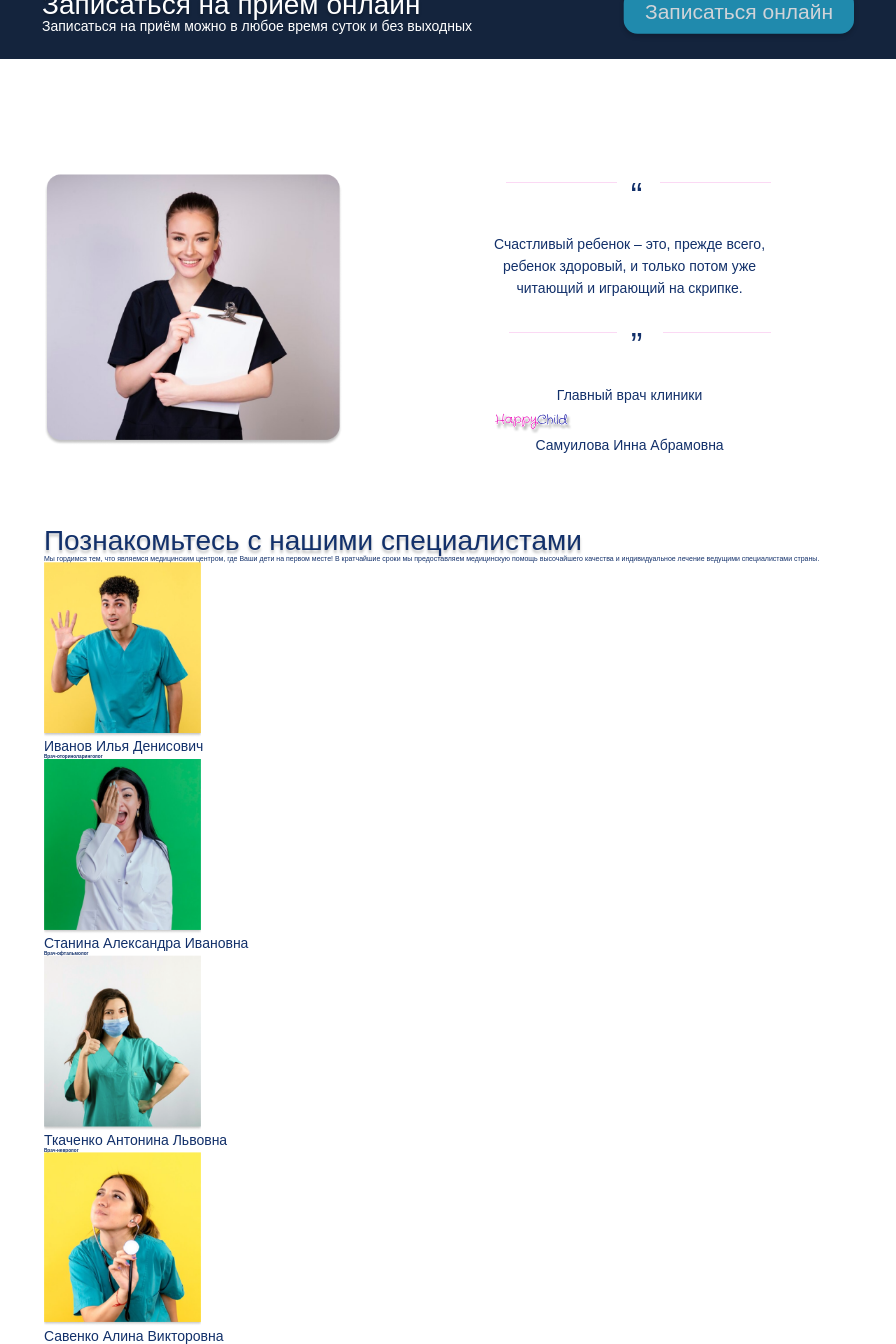
Repository: Normandy72/Landing-Page-Happy-Child
Page: index.html
These files come from the project's save history. The page is drawn as it stood at one moment and after the next save; the edit follows.
The browser window is 1280 px wide. The pictures show the part of the page from y = 2715 to 4635 px (the page is 8118 px tall before and 8201 px after), at 70% of full size.
Some web fonts or font styles are not loaded; a fallback is used.

Above is the page before, as saved 2022-11-12 14:43:27.

### index.html
<!DOCTYPE html>
<html lang="en">
<head>
    <meta charset="UTF-8">
    <meta http-equiv="X-UA-Compatible" content="IE=edge">
    <meta name="viewport" content="width=device-width, initial-scale=1.0">
    <link href="https://fonts.googleapis.com/css2?family=Neucha&display=swap" rel="stylesheet">
    <link href="https://fonts.googleapis.com/css2?family=Coustard:wght@400;900&display=swap" rel="stylesheet">
    <link rel="icon" href="resources/icon/stethoscope.ico" sizes="16x16">
    <link rel="icon" href="resources/icon/stethoscope.ico" sizes="32x32">
    <link rel="icon" href="resources/icon/stethoscope.ico" sizes="64x64">
    <link rel="stylesheet" href="styles/main.css">
    <title>Happy Child</title>
</head>

<body>
    <header>
        <div class="wrapper layout-3-columns">
            <a href="#">
                <div class="header__logo"></div>
            </a>
            <nav class="header__navigation">
                <a class = "navigation__link" href="#">Главная</a>
                <a class = "navigation__link" href="#">Услуги</a>
                <a class = "navigation__link" href="#">Врачи</a>
                <a class = "navigation__link" href="#">Новости</a>
                <a class = "navigation__link" href="#">Запись на прием</a>
                <a class = "navigation__link" href="#">Контакты</a>
            </nav>
            <a href="tel: +375291030303">
                <div class="header__phone"></div>
            </a>
        </div>
    </header>

    <main>
        <section class="section__main">
            <div class="wrapper">
                <div class="main__text">
                    <div class="main__logo"></div>
                    <h1>Медицинский центр для детей</h1>
                    <h5>только актуальные рекомендации, основанные на доказательствах</h5>
                    <button class="button button_accented">Записаться на прием</button>
                </div>
            </div>
        </section>

        <section class="section__information wrapper">
            <div class="information__block block__phone">
                <div class="block__icon"></div>
                <h2>Контакты</h2>
                <h3>+375 29 103-03-03</h3>
                <h3>+375 17 103-03-03</h3>
            </div>
            <div class="information__block block__shedule">
                <div class="block__icon"></div>
                <h2>График работы</h2>
                <h3>Пн. - Пт. :    8:00 - 21:00</h3>
                <h3>Сб. - Вс. :    9:00 - 18:00</h3>
            </div>
        </section>

        <section class="section__services">
            <div class="wrapper">
                <h2 class="heading_dark">Наши услуги</h2>
                <div class="divider"></div>
                <div class="services__cards layout-3-columns">
                    <div class="services__card">
                        <img src="resources/img/services/pediatria.png" alt="pediatria">
                        <h4>Педиатрия</h4>
                    </div>

                    <div class="services__card">
                        <img src="resources/img/services/pulmo.png" alt="pulmo">
                        <h4>Пульмонология</h4>
                    </div>

                    <div class="services__card">
                        <img src="resources/img/services/cardio.png" alt="cardio">
                        <h4>Кардиология</h4>
                    </div>
                </div>

                <div class="services__cards layout-3-columns">
                    <div class="services__card">
                        <img src="resources/img/services/lor.png" alt="lor">
                        <h4>Оториноларингология</h4>
                    </div>

                    <div class="services__card">
                        <img src="resources/img/services/allergo.png" alt="allergo">
                        <h4>Аллергология</h4>
                    </div>

                    <div class="services__card">
                        <img src="resources/img/services/surgery.png" alt="surgery">
                        <h4>Хирургия</h4>
                    </div>
                </div>

                <div class="services__cards layout-3-columns">
                    <div class="services__card">
                        <img src="resources/img/services/neuro.png" alt="neuro">
                        <h4>Неврология</h4>
                    </div>

                    <div class="services__card">
                        <img src="resources/img/services/endocryn.png" alt="endocryn">
                        <h4>Эндокринология</h4>
                    </div>

                    <div class="services__card">
                        <img src="resources/img/services/ophtalm.png" alt="ophtalm">
                        <h4>Офтальмология</h4>
                    </div>
                </div>

                <div class="services__cards layout-3-columns">
                    <div class="services__card">
                        <img src="resources/img/services/vaccination.png" alt="vaccination">
                        <h4>Вакцинация</h4>
                    </div>

                    <div class="services__card">
                        <img src="resources/img/services/usd.png" alt="usd">
                        <h4>УЗ-диагностика</h4>
                    </div>

                    <div class="services__card">
                        <img src="resources/img/services/stayhome.png" alt="stayhome">
                        <h4>Вызов врача на дом</h4>
                    </div>
                </div>
            </div>
        </section>

        <section class="section__addition">
            <div class="wrapper addition__info layout-2-columns">
                <div class="addition__text">
                    <h2>Записаться на прием онлайн</h2>
                    <h5>Записаться на приём можно в любое время суток и без выходных</h5>
                </div>
                <button class="button button_standart">Записаться онлайн</button>
            </div>
        </section>

        <section class="wrapper section__chief layout-2-columns">
            <div class="chief__foto"></div>
            <div class="chief__text">
                <div class="text__lines">
                    <div class="lines__line"></div>
                    <p>“</p>
                    <div class="lines__line"></div>
                </div>
                <h5>Счастливый ребенок – это, прежде всего, ребенок здоровый, и только потом уже читающий
                и играющий на скрипке.</h5>
                <div class="text__lines">
                    <div class="lines__line"></div>
                    <p>”</p>
                    <div class="lines__line"></div>
                </div>
                <h5>Главный врач клиники</h5>
                <img class="chief__logo" src="resources/icon/HappyChild_small.svg" alt="logo"></img>
                <h5>Самуилова Инна Абрамовна</h5>
            </div>
        </section>

        <section class="wrapper section__doctors">
            <h2 class="heading_dark">Познакомьтесь с нашими специалистами</h2>
            <p>Мы гордимся тем, что являемся медицинским центром, где Ваши дети на первом месте!
                В кратчайшие сроки мы предоставляем медицинскую помощь высочайшего качества и индивидуальное лечение ведущими специалистами страны. </p>
            <div class="doctors__arrays">
                <div></div>
                <div></div>
            </div>
            <div class="doctors__cards">
                <div class="doctors__card">
                    <img src="resources/img/doctors/ivanov1.png" alt="ivanov1">
                    <h5>Иванов Илья Денисович</h5>
                    <h6>Врач-оториноларинголог</h6>
                </div>

                <div class="doctors__card">
                    <img src="resources/img/doctors/stanina1.png" alt="stanina1">
                    <h5>Станина Александра Ивановна</h5>
                    <h6>Врач-офтальмолог</h6>
                </div>

                <div class="doctors__card">
                    <img src="resources/img/doctors/tkachenko1.png" alt="tkachenko1">
                    <h5>Ткаченко Антонина Львовна</h5>
                    <h6>Врач-невролог</h6>
                </div>

                <div class="doctors__card">
                    <img src="resources/img/doctors/savenko1.png" alt="savenko1">
                    <h5>Савенко Алина Викторовна</h5>
                    <h6>Врач-педиатр</h6>
                </div>

                <div class="doctors__card">
                    <img src="resources/img/doctors/krotov1.png" alt="krotov1">
                    <h5>Кротов Алексей Геннадьевич</h5>
                    <h6>Врач-хирург</h6>
                </div>

                <div class="doctors__card">
                    <img src="resources/img/doctors/karpovich1.png" alt="karpovich1">
                    <h5>Карпович Анна Игоревна</h5>
                    <h6>Врач-кардиолог</h6>
                </div>

                <div class="doctors__card">
                    <img src="resources/img/doctors/akulich1.png" alt="akulich1">
                    <h5>Акулич Олег Васильевич</h5>
                    <h6>Врач-эндокринолог</h6>
                </div>

                <div class="doctors__card">
                    <img src="resources/img/doctors/astapenko1.png" alt="astapenko1">
                    <h5>Астапенко Ирина Эдуардовна</h5>
                    <h6>Врач УЗ-диагностики</h6>
                </div>
            </div>
        </section>

        <section>
            <div class="section__lines">
                <div></div>
                <div></div>
                <div></div>
            </div>
            <div class="wrapper section__news">
                <h2 class="heading_dark">Новости</h2>
                <div class="news_card">
                    <img src="resources/img/news/news1.png" alt="news1">
                    <h4>25. 07. 2022   15 : 00</h4>
                    <h3>Всемирный день здоровья полости рта</h3>
                    <h5>Взрослея, организм ребенка испытывает множество изменений. В честь Всемирного дня здоровья полости рта наши стоматологи расскажут родителям и детям, как заботиться о зубах и деснах в разных возрастных периодах, какие средства использовать, чтобы смена молочных зубов прошла легко и безболезненно, и еще много-много полезного!</h5>
                    <a href="#">Подробнее...</a>
                </div>

                <div class="news_card">
                    <img src="resources/img/news/news2.png" alt="news1">
                    <h4>27. 07. 2022   13 : 30</h4>
                    <h3>Европейская неделя иммунизации</h3>
                    <h5>Знаете ли Вы, что иммунизация является единственным и надежным способом борьбы с эпидемиологическими заболеваниями, такими как корь, полиомиелит, эпидемический паротит и др.? В рамках Европейской недели иммунизации врач-педиатр Савенко Алина Викторовна познакомит Вас с текущим календарем профилактических прививок и ответит на все волнующие Вас вопросы! </h5>
                    <a href="#">Подробнее...</a>
                </div>

                <div class="news_card">
                    <img src="resources/img/news/news3.png" alt="news1">
                    <h4>28. 07. 2022    16 : 00</h4>
                    <h3>Международный день офтальмологии</h3>
                    <h5>Ухудшение зрения может лишить человека возможности заниматься любимым делом. Хорошо, что современная офтальмология обладает широкими возможностями для лечения многих заболеваний глаз.  Приходите к нам в Международный день офтальмологии и узнайте, что рекомендуют специалисты для профилактии заболеваний глаз.</h5>
                    <a href="#">Подробнее...</a>
                </div>
            </div>
        </section>

        <section class="section__addition">
            <div class="wrapper addition__info layout-2-columns">
                <div class="addition__text">
                    <h2>Подписаться на рассылку</h2>
                    <h5>Будьте в курсе новостей !</h5>
                </div>
                <form class="addition__form">
                    <input class = "addition__input" type="text" value="Email">
                    <button class="button button_standart">Подписаться</button>
                </form>
            </div>
        </section>

        <section class="wrapper section__callback">
            <div class="callback__form">
                <h2 class="heading_dark">Остались вопросы?</h2>
                <h5>Оставьте заявку, мы Вам перезвоним!</h5>
                <form action="">
                    <input class="callback__input" type="text" value="Ваше имя">
			        <input class="callback__input" type="tel" placeholder="Номер телефона" pattern="+375(29,17,33,44)[0-9]{3}-[0-9]{2}-[0-9]{2}" required>
			        <select class="callback__input" name="menu" size="1">
				        <option>Желаемая услуга</option>
				        <option value="ped">Педиатрия</option>
				        <option value="pulmo">Пульмонология</option>
				        <option value="cardio">Кардиология</option>
				        <option value="lor">Оториноларингология</option>
				        <option value="allergo">Аллергология</option>
				        <option value="surg">Хирургия</option>
				        <option value="neuro">Неврология</option>
				        <option value="endocryn">Эндокринология</option>
				        <option value="ophtalm">Офтальмология</option>
				        <option value="vaccin">Вакцинация</option>
				        <option value="usd">УЗ-диагностика</option>
				        <option value="stayhome">Вызов врача на дом</option>
			        </select>
			        <input class="callback__input" type="date" value="2022-01-01" min="2022-01-01" max="2022-12-31">
                    <label class="callback__checkbox">
                        <input type="checkbox">
                        Я даю согласие на хранение и обработку персональных данных
                    </label>
			        <button class="button button_standart">Оставить заявку</button>
                </form>
            </div>
            <div class="callback__photo"></div>
        </section>

        <section class="wrapper section__contacts">
            <h2 class="heading_dark">Ждем Вас в нашем центре !</h2>
            <div class="contacts__info">
                <h3>Контакты</h3>
                <h5>Мы находимся по адресу:</h5>
                <h4>г. Минск, ул. Матусевича, 70</h4>
                <h5>Связаться:</h5>
                <a href="tel: +375291030303">+375 29 103-03-03</a>
                <a href="tel: +375171030303">+375 17 103-03-03</a>
                <h5>Мы в соц. сетях:</h5>
                <div class="contacts__social">
                    <a href="#"></a>
                </div>
                <div class="contacts__social">
                    <a href="#"></a>
                </div>
                <div class="contacts__social">
                    <a href="#"></a>
                </div>
            </div>
            <div class="contacts__map">
                <iframe src="https://www.google.com/maps/embed?pb=!1m18!1m12!1m3!1d2349.7572817965843!2d27.4501670158107!3d53.91828888010291!2m3!1f0!2f0!3f0!3m2!1i1024!2i768!4f13.1!3m3!1m2!1s0x46dbc52f35b245d3%3A0x98f1d72de22c93c4!2z0YPQu9C40YbQsCDQnNCw0YLRg9GB0LXQstC40YfQsCA3MCwg0JzQuNC90YHQug!5e0!3m2!1sru!2sby!4v1659879735812!5m2!1sru!2sby" width="50%" height="562px" style="border:0;" allowfullscreen="" loading="lazy" referrerpolicy="no-referrer-when-downgrade"></iframe>
            </div>
        </section>
    </main>

    <footer>
        <div class="wrapper">
            <h5>ООО “HappyChild” © 2022</h5>
            <a href="#">Политика конфиденциальности</a>
        </div>
    </footer>
</body>
</html>

### styles/main.css
@import url(base.css);
@import url(buttons.css);
@import url(footer.css);
@import url(form.css);
@import url(header.css);
@import url(headings.css);
@import url(layouts.css);
@import url(links.css);
@import url(section_addition.css);
@import url(section_chief.css);
@import url(section_information.css);
@import url(section_main.css);
@import url(section_services.css);
@import url(variables.css);

### styles/base.css
*{
    margin: 0;
    padding: 0;
    box-sizing: border-box;
}

html{
    scroll-behavior: smooth;
}

body{
    font-family: var(--main-font);
    font-size: 10px;
    color: var(--text-dark-color);
}

.wrapper{
    max-width: 1180px;
    min-width: 480px;
    padding: 0 1%;
    margin: auto;
}

.divider{
    width: 100%;
}

### styles/headings.css
h1{
    font-size: var(--h1-font-size);
    font-style: normal;
    font-weight: 400;
    line-height: 50px;
}

h2{
    font-size: var(--h2-font-size);
    font-style: normal;
    font-weight: 400;
    line-height: 42px;
    text-shadow: var(--shadow);
}

h3{
    font-size: var(--h3-font-size);
    font-style: normal;
    font-weight: 400;
    line-height: 37px;
}

h4{
    font-size: var(--h4-font-size);
    font-style: normal;
    font-weight: 400;
    line-height: 32px;
}

h5{
    font-size: var(--h5-font-size);
    font-style: normal;
    font-weight: 400;
    line-height: 22px;
}

h6{

}

### styles/layouts.css
.layout-3-columns{
    display: flex;
    align-items: center;
    justify-content: space-between;
    flex-wrap: wrap;
    flex-basis: 33%;
}

.layout-2-columns{
    display: flex;
    align-items: center;
    justify-content: space-between;
    flex-wrap: wrap;
    flex-basis: 45%;
}

### styles/links.css
a{
    text-decoration: none;
    color: var(--links-color);
    text-shadow: var(--shadow);
    font-size: var(--links-font-size);
}

a:hover{
    cursor: pointer;
    color: var(--links-hover-color);
    transition: var(--transition);
}

### styles/section_addition.css
.section__addition{
    color: var(--text-ligth-color);
    background-color: var(--added-blocks-color);
}

.addition__info{
    padding: 36px 10px;
}

### styles/section_chief.css
.section__chief{
    padding-top: 138px;
    padding-bottom: 88px;
    padding-right: 10%;
}

.chief__foto{
    background-image: url(../resources/img/doctors/chief1.png);
    background-repeat: no-repeat;
    background-size: cover;
    width: 426px;
    height: 386px;
}

.chief__text{
    width: 39%;
    display: flex;
    flex-direction: column;
    justify-content: space-between;
}

.chief__text h5{
    text-align: center;
    line-height: 155.88%;
    padding-bottom: 10px;
}

.text__lines{
    padding-bottom: 30px;
    padding-top: 30px;
    display: flex;
    justify-content: space-between;
}

.text__lines p{
    font-family: var(--second-font);
    font-style: normal;
    font-weight: 400;
    font-size: 50px;
    line-height: 52px;
    padding-left: 20px;
}

.lines__line{
    background-image: url(../resources/img/line.svg);
    width: 219px;
    height: 2px;
    margin-top: 7px;
}

.chief__logo{
    width: 130px;
    height: 31px;
}

Loaded but not shown: styles/header.css (47 lines, source omitted); styles/section_information.css (44 lines, source omitted); styles/variables.css (32 lines, source omitted); styles/section_services.css (36 lines, source omitted); styles/section_main.css (33 lines, source omitted); styles/buttons.css (30 lines, source omitted); styles/footer.css (no copy from this time; the picture is the same without it); styles/form.css (no copy from this time; the picture is the same without it)

After the next save:
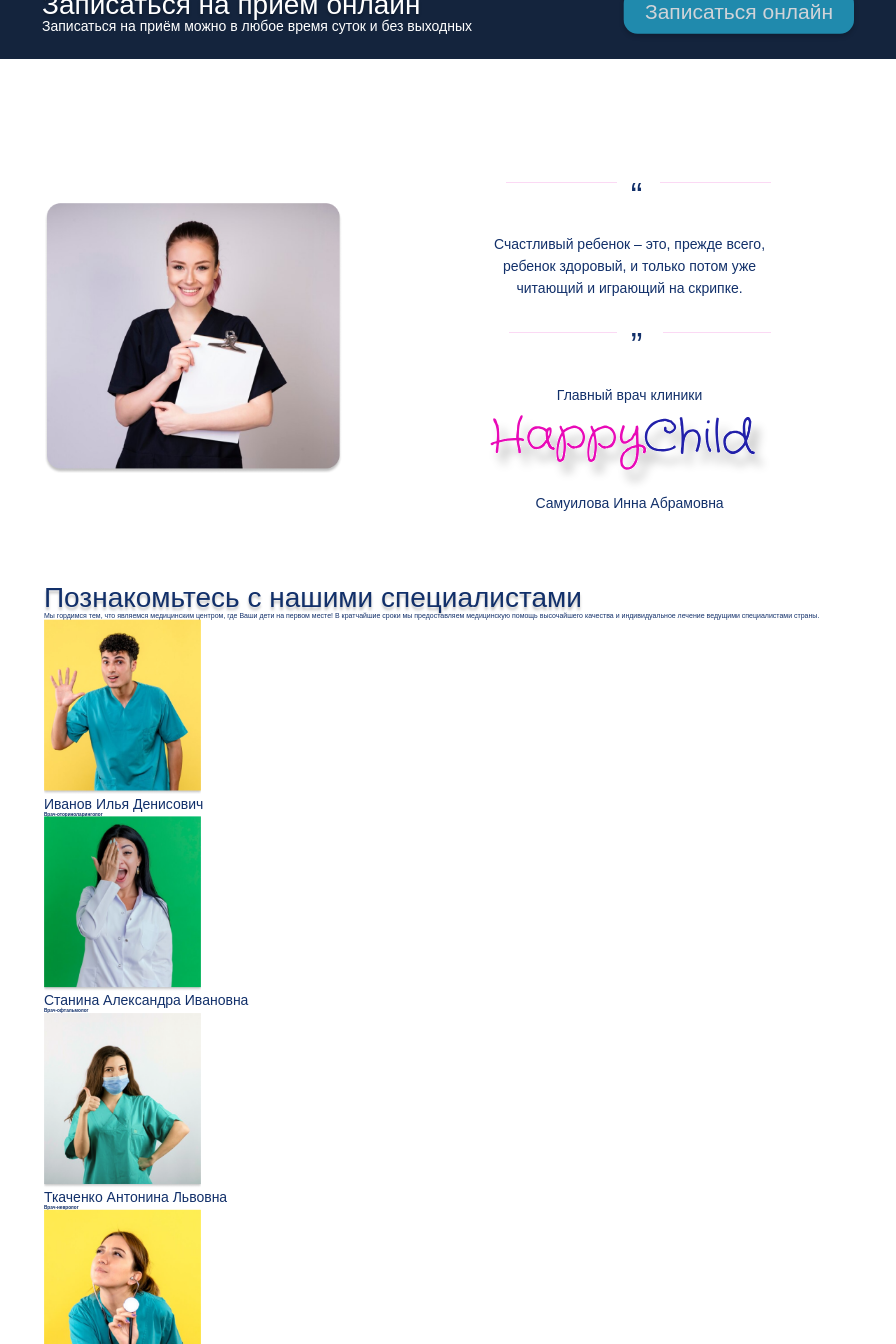
Saved 5 s later.
--- a/styles/section_chief.css
+++ b/styles/section_chief.css
@@ -48,7 +48,7 @@
     margin-top: 7px;
 }
 
-.chief__logo{
+/* .chief__logo{
     width: 130px;
-    height: 31px;
+    height: 31px; */
 }

After the save that followed:
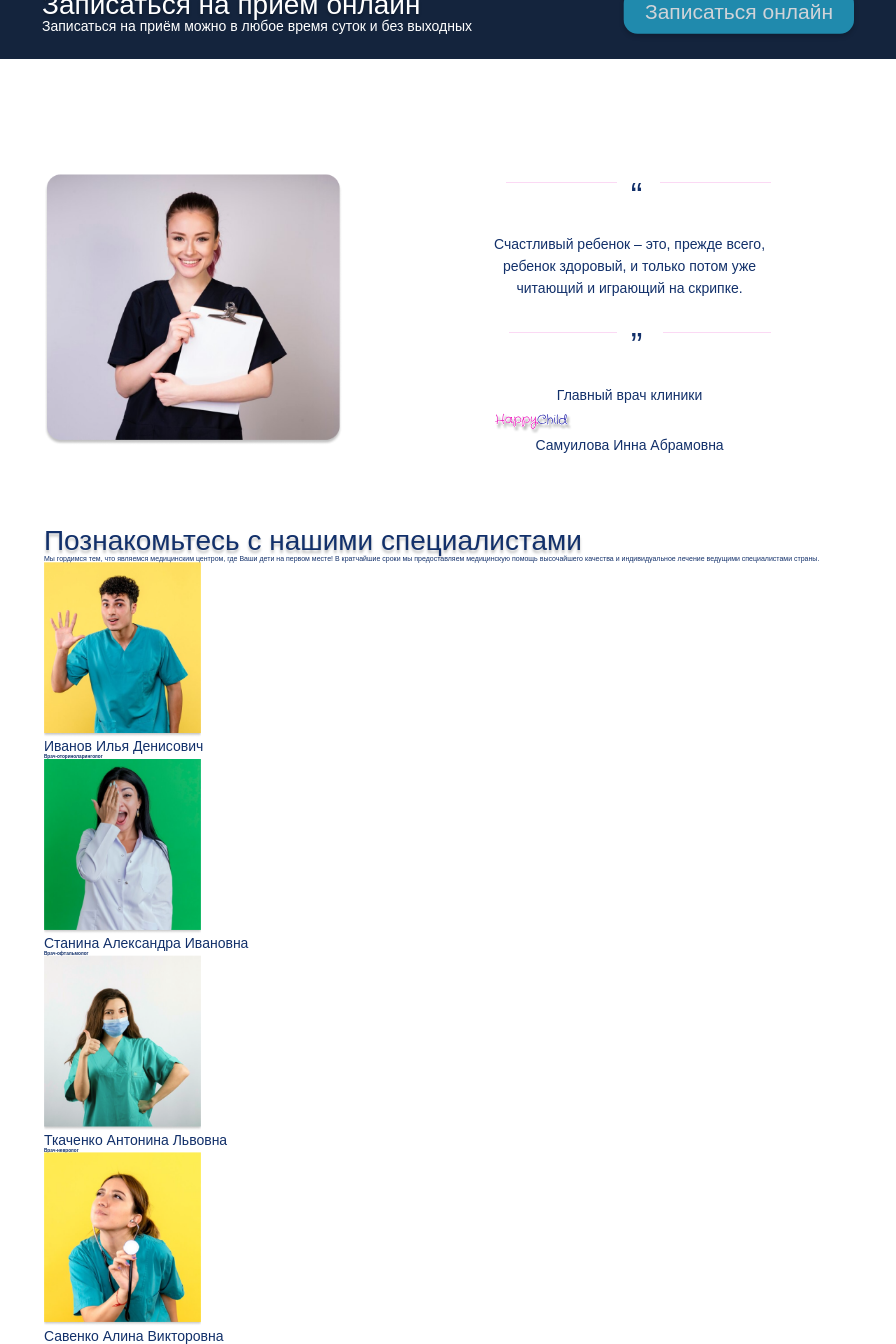
Saved 8 s later.
--- a/styles/section_chief.css
+++ b/styles/section_chief.css
@@ -48,7 +48,7 @@
     margin-top: 7px;
 }
 
-/* .chief__logo{
+.chief__logo{
     width: 130px;
-    height: 31px; */
+    height: 31px;
 }
